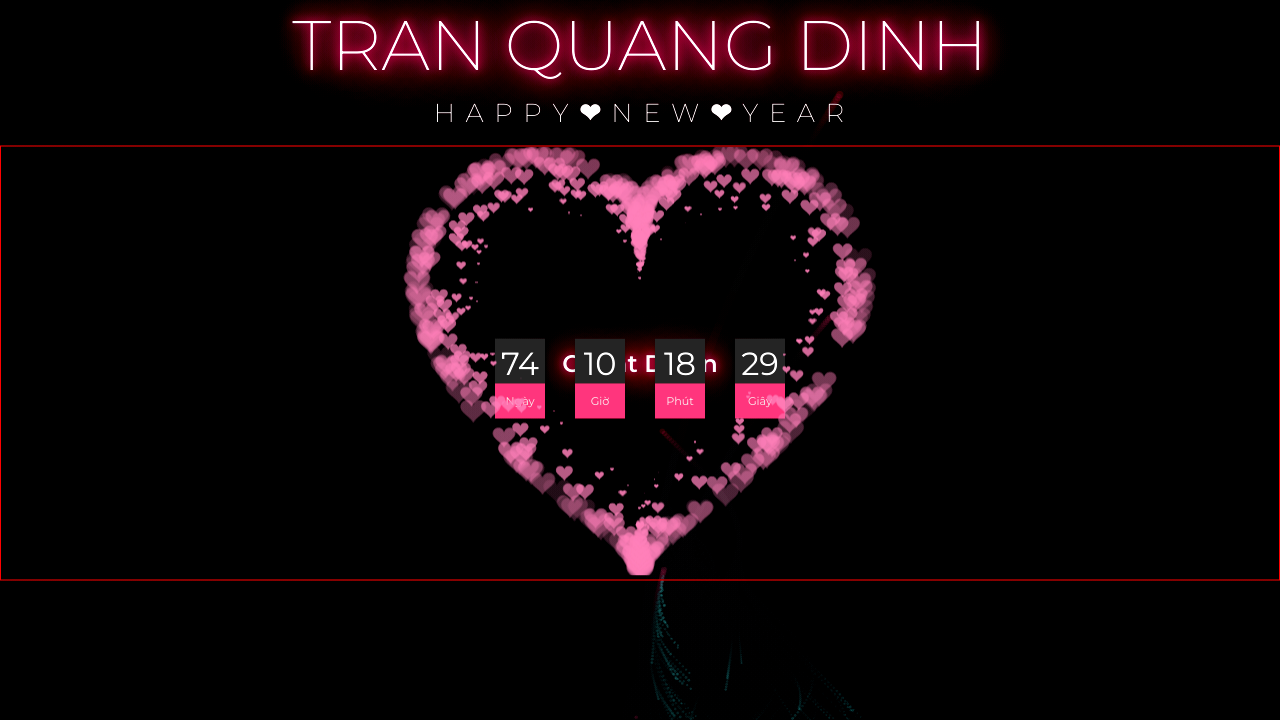
Repository: dinhtq-dev/heart-beat
Page: http://localhost/
These files come from the project's save history. The page is drawn as it stood at one moment and after the next save; the edit follows.
The browser window is 1280 px wide. The pictures show the whole page.
Some web libraries are served in a nearby version. The page is served by the project's Node server (app.js).

Above is the page before, as saved 2023-01-07 22:51:34.

After the next save:
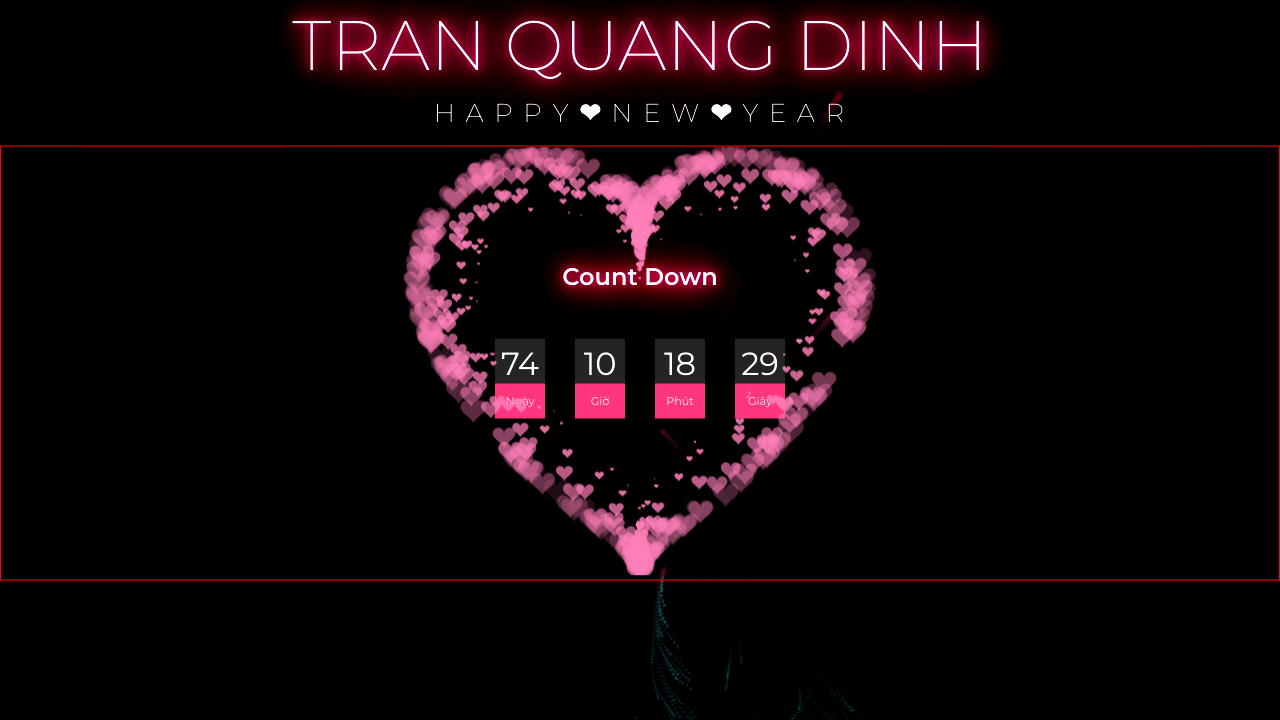
Saved 15 s later.
--- a/public/css/main.css
+++ b/public/css/main.css
@@ -218,7 +218,7 @@ img {
   margin: 0;
   padding: 0;
   left: 50%;
-  top: 50%;
+  top: 30%;
   transform: translate(-50%, -50%);
 
   line-height: 1;
